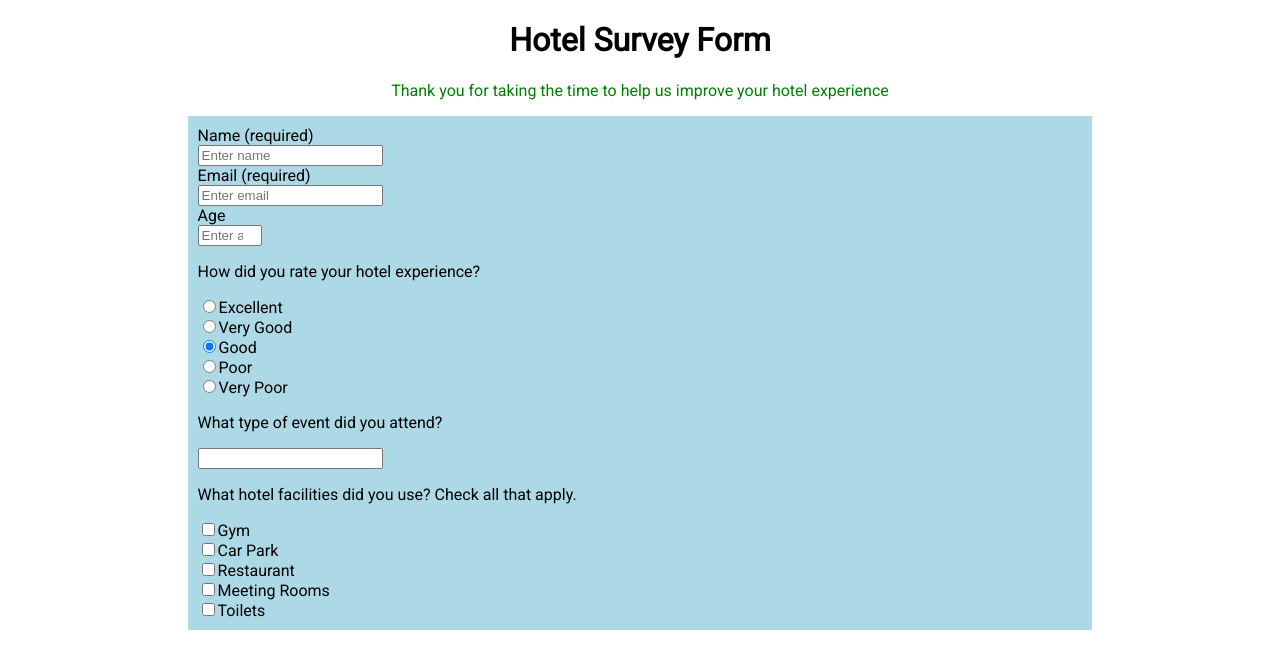
Repository: derektypist/survey-form
Page: index.html
The author's editor kept a record of every edit. The page is drawn from the files as they stood at one moment, then again after the next edit.
The browser window is 1280 px wide. The pictures show the whole page.

Above is the page before.

### index.html
<!DOCTYPE html>
<html lang="en">
<head>
    <meta charset="UTF-8">
    <meta name="viewport" content="width=device-width, initial-scale=1.0">
    <meta http-equiv="X-UA-Compatible" content="ie=edge">
    <title>Hotel Survey Form</title>
    <!-- Load Style Sheets -->
    <link href="https://fonts.googleapis.com/css?family=Roboto&display=swap" rel="stylesheet">
    <style>
        /* Title */
        #title {
            font-family: "Roboto", Arial, Verdana, sans-serif;
            text-align: center;
        }

        /* Description */
        #description {
            font-family: "Roboto", Arial, Verdana, sans-serif;
            text-align: center;
            color: green;
        }

        /* Survey Form */
        #survey-form {
            display: block;
            margin: auto;
            max-width: 70%;
            background-color: lightblue;
            font-family: "Roboto", Arial, Verdana, sans-serif;
            text-align: left;
            padding: 10px;
        }
    </style>
</head>
<body>
    <!-- Provide Title and Description -->
    <header>
        <h1 id="title">Hotel Survey Form</h1>
        <p id="description">Thank you for taking the time to help us improve your hotel experience</p>
    </header>

    <!-- Provide Survey Form -->
    <main>
        <section>
            <form id="survey-form">
                <!-- Set up Name Field -->
                <label for="name" id="name-label">Name (required)</label>
                <br>
                <input type="text" id="name" placeholder="Enter name" name="name" required />
                <br>

                <!-- Set up Email Field -->
                <label for="email" id="email-label">Email (required)</label>
                <br>
                <input type="email" id="email" placeholder="Enter email" name="email" required />
                <br>

                <!-- Set up Age (Number) Field -->
                <label for="number" id="number-label">Age</label>
                <br>
                <input type="number" id="number" placeholder="Enter age (years)" name="number" min="0" max="100">
                <br>

                <!-- Set up Radio Buttons with Default set to Good -->
                <p>How did you rate your hotel experience?</p>
                <input type="radio" name="experience" value="excellent">Excellent
                <br>
                <input type="radio" name="experience" value="verygood">Very Good
                <br>
                <input type="radio" name="experience" value="good" checked>Good
                <br>
                <input type="radio" name="experience" value="poor">Poor
                <br>
                <input type="radio" name="experience" value="verypoor">Very Poor
                <br>

                <!-- Set up Dropdown List (Datalist) -->
                <p>What type of event did you attend?</p>
                <input list="dropdown" name="eventtypes">
                <datalist id="dropdown">
                    <option value="Balls"></option>
                    <option value="City Breaks"></option>
                    <option value="Conferences"></option>
                    <option value="Exhibitions"></option>
                    <option value="Fairs"></option>
                    <option value="Sun Breaks"></option>
                    <option value="Weddings"></option>
                    <option value="Workshops"></option>
                </datalist>

                <!-- Set up Check Boxes -->
                <p>What hotel facilities did you use?  Check all that apply.</p>
                <input type="checkbox" name="facility1" value="Gym">Gym
                <br>
                <input type="checkbox" name="facility2" value="Car Park">Car Park
                <br>
                <input type="checkbox" name="facility3" value="Restaurant">Restaurant
                <br>
                <input type="checkbox" name="facility4" value="Meeting Rooms">Meeting Rooms
                <br>
                <input type="checkbox" name="facility5" value="Toilets">Toilets
                <br>


            </form>
        </section>
    </main>
</body>
</html>

After the next edit:
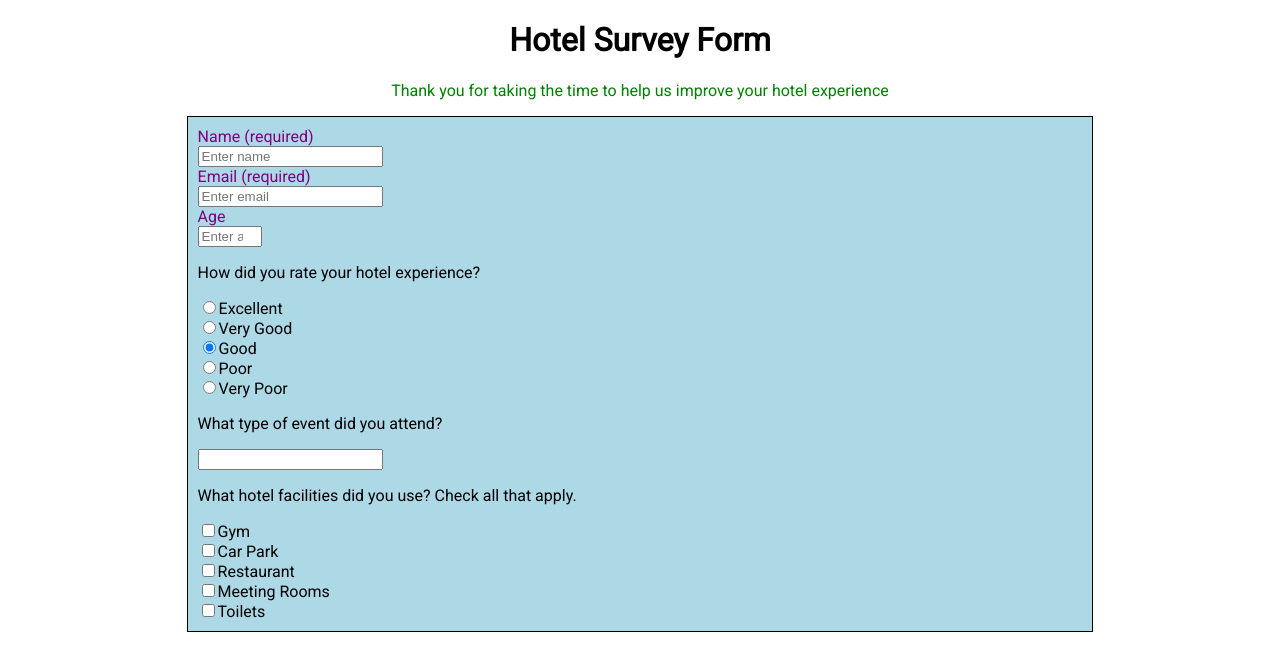
The edit:
--- a/index.html
+++ b/index.html
@@ -30,7 +30,22 @@
             font-family: "Roboto", Arial, Verdana, sans-serif;
             text-align: left;
             padding: 10px;
+            border: 1px solid black;
         }
+
+        #name-label {
+            color: purple;
+        }
+
+        #email-label {
+            color: purple;
+        }
+
+        #number-label {
+            color: purple;
+        }
+
+
     </style>
 </head>
 <body>
